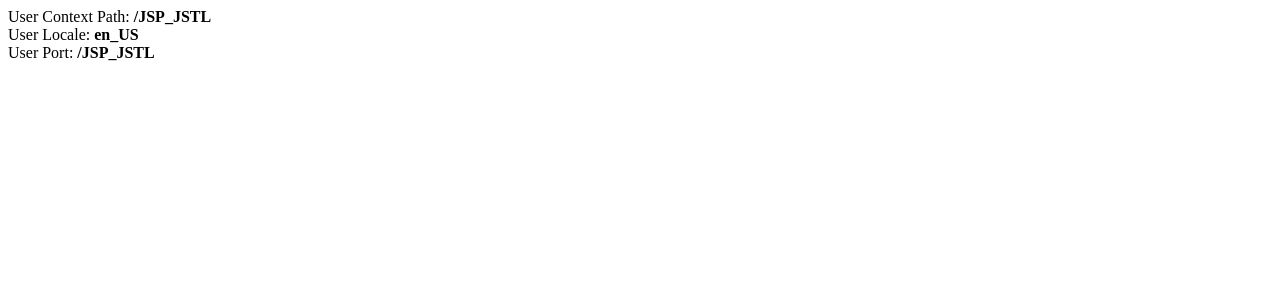
Repository: mrhpn/JavaEE--JSP-SERVLET
Page: http://localhost/JSP_JSTL/request-demo.jsp
The author's editor kept a copy of each file at every save. The page is drawn from the files as they stood at one save, then again after the next save.
The browser window is 1280 px wide. The pictures show the whole page.
The page is served by Tomcat 9.

Above is the page before, as saved 2021-03-30 08:24:21.

After the next save:
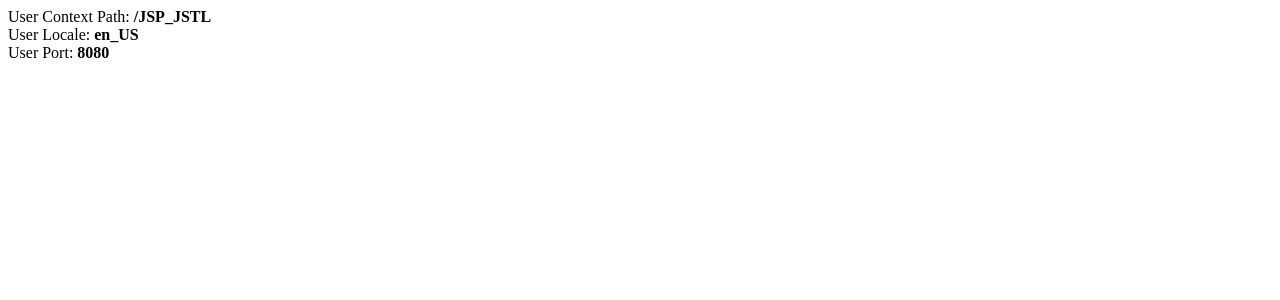
Saved 17 s later.
--- a/JSP_JSTL/WebContent/request-demo.jsp
+++ b/JSP_JSTL/WebContent/request-demo.jsp
@@ -12,7 +12,7 @@
 	<br>
 	User Locale: <b> <%= request.getLocale() %> </b>
 	<br>
-	User Port: <b> <%= request.getContextPath() %> </b>
+	User Port: <b> <%= request.getLocalPort() %> </b>
 
 </body>
 </html>
